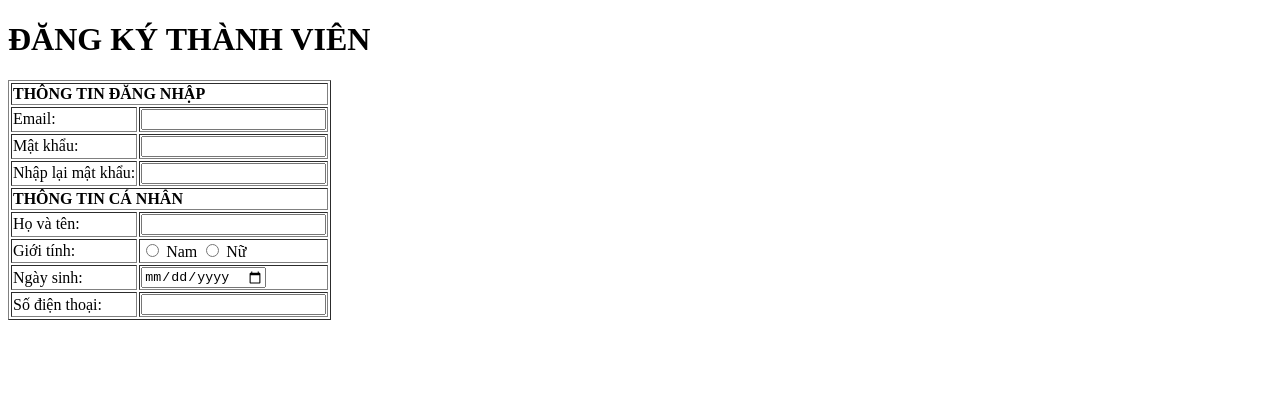
Repository: PhiKhongHoang/JSP-Servlet
Page: Bai2_HTML/src/main/webapp/register.html
These files come from the project's save history. The page is drawn as it stood at one moment and after the next save; the edit follows.
The browser window is 1280 px wide. The pictures show the whole page.

Above is the page before, as saved 2024-02-16 09:48:20.

After the next save:
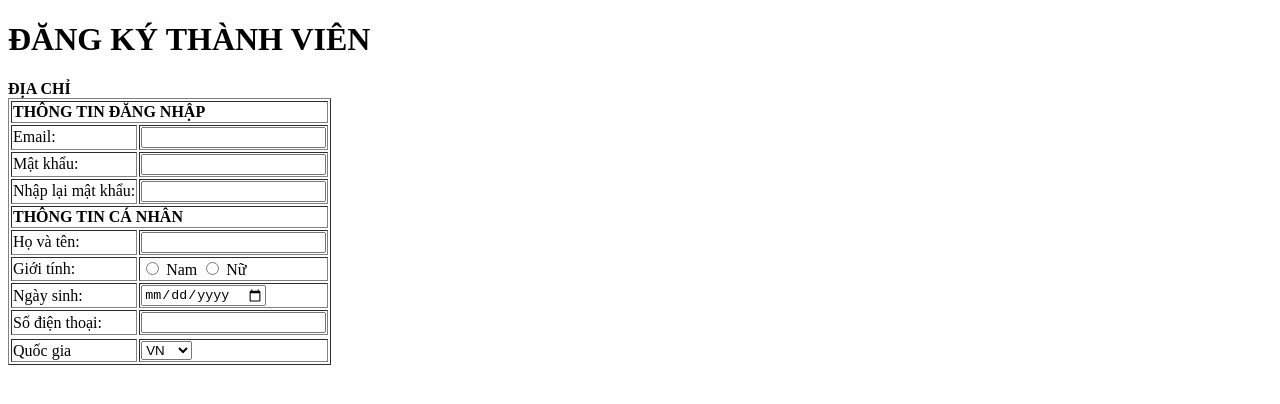
Saved 3 min 25 s later.
--- a/Bai2_HTML/src/main/webapp/register.html
+++ b/Bai2_HTML/src/main/webapp/register.html
@@ -48,6 +48,18 @@
 				<td>Số điện thoại:</td>
 				<td><input type="tel" name="soDienThoai" id="idSoDienThoai"></td>
 			</tr>
+
+			<tr colspan="2"><b>ĐỊA CHỈ</b></tr>
+			<tr>
+				<td>Quốc gia</td>
+				<td>
+					<select>
+						<option value="vn">VN</option>
+						<option value="lao">Lào</option>
+						<option value="cpc">CPC</option>
+					</select>
+				</td>
+			</tr>
 		</tbody>
 	</table>
 </body>
